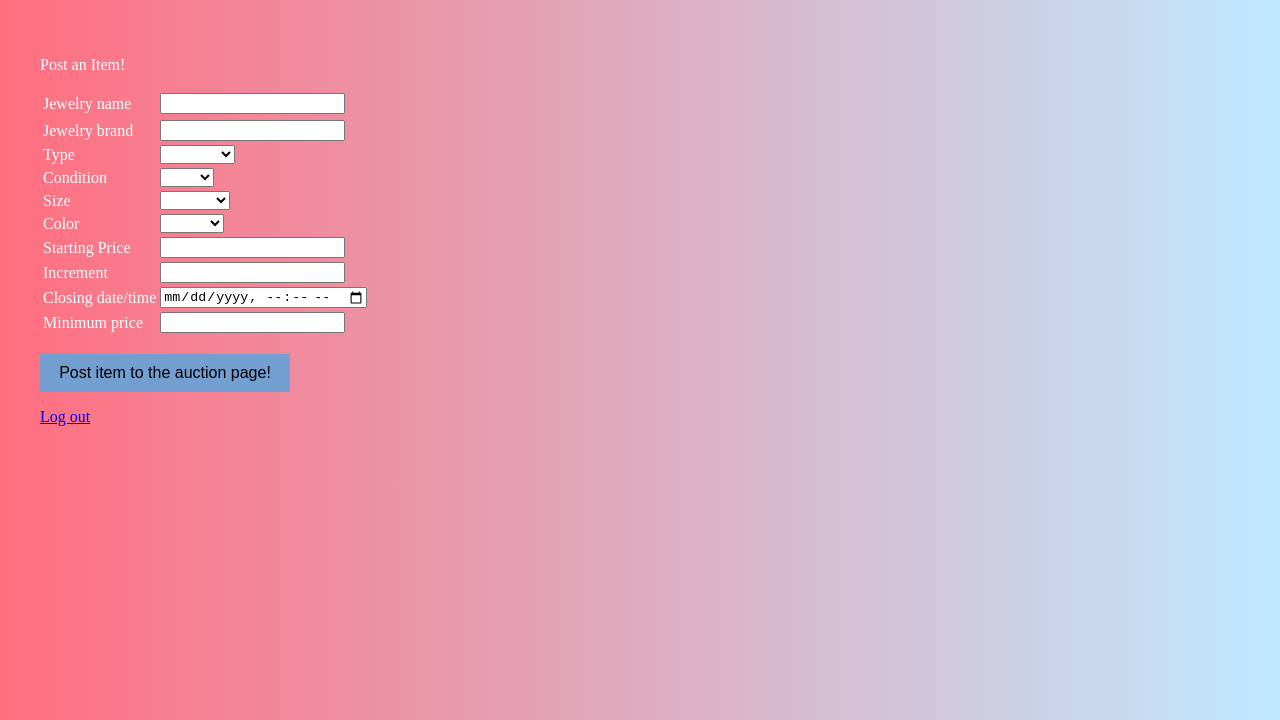
Repository: nicholaschiarulli/AuctionWebApp
Page: http://localhost/cs336Final/auction.jsp
These files come from the project's save history. The page is drawn as it stood at one moment and after the next save; the edit follows.
The browser window is 1280 px wide. The pictures show the whole page.
The page is served by Tomcat 9.

Above is the page before, as saved 2019-04-10 03:54:04.

After the next save:
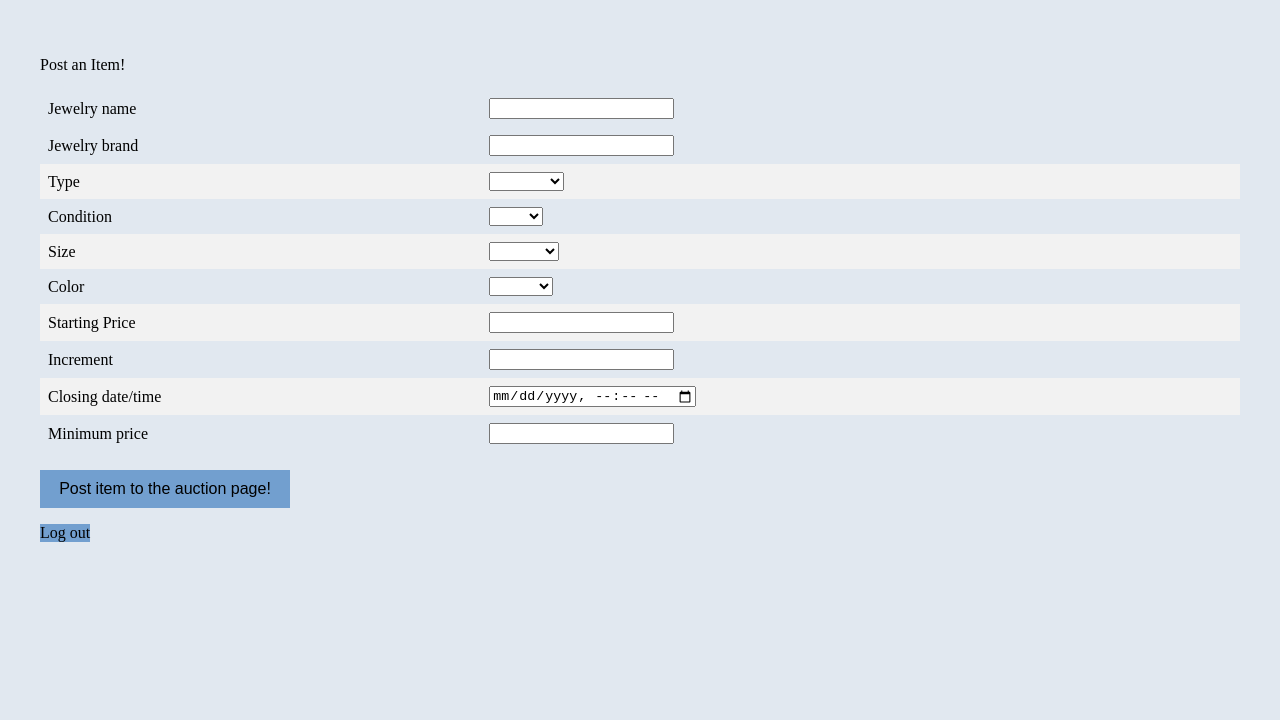
Saved 44 min 17 s later.
--- a/cs336Final/WebContent/css/index.css
+++ b/cs336Final/WebContent/css/index.css
@@ -1,7 +1,8 @@
+
 body {
-	background-image: linear-gradient(to right, #ff6e7f , #bfe9ff) ;
- /* background-color: #bfe9ff; */
-  color: white;
+/* 	background-image: linear-gradient(to right, #ff6e7f , #bfe9ff) ;
+ */  background-color: #e1e8f0;
+  color: black;
   margin: 20px;
   padding: 20px;
 
@@ -34,6 +35,18 @@ width: 250px;
  text-align: center;
 }
 
+a {
+  background-color: #729fcf;
+  color: black;
+  display: inline-block;
+  text-decoration: none;
+}
+
+a:hover {
+  background-color: #555;
+}
+
+
 .button1 {
   display: block;
 width: 50px;
@@ -44,6 +57,23 @@ background-color: blue;
   cursor: pointer;
  text-align: center;
 }
+
+table {
+  border-collapse: collapse;
+  width: 100%;
+}
+
+th, td {
+  text-align: left;
+  padding: 8px;
+}
+
+tr:nth-child(even){background-color: #f2f2f2}
+
+th {
+  background-color:  #e1e8f0;
+  color: black;
+}
 /* #form {
   display: block;
   width: 50%;
